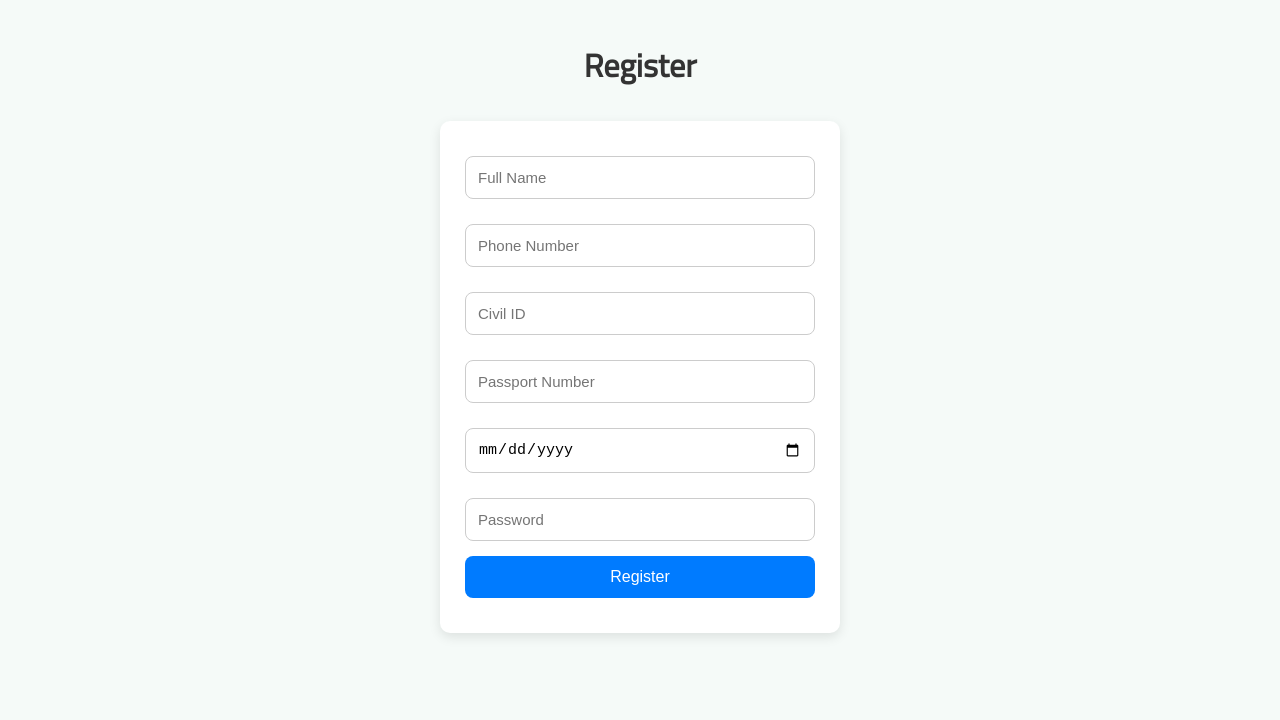
Repository: andy0800/una-website
Page: frontend/en/register.html
These files come from the project's save history. The page is drawn as it stood at one moment and after the next save; the edit follows.
The browser window is 1280 px wide. The pictures show the whole page.

Above is the page before, as saved 2025-08-04 17:37:48.

After the next save:
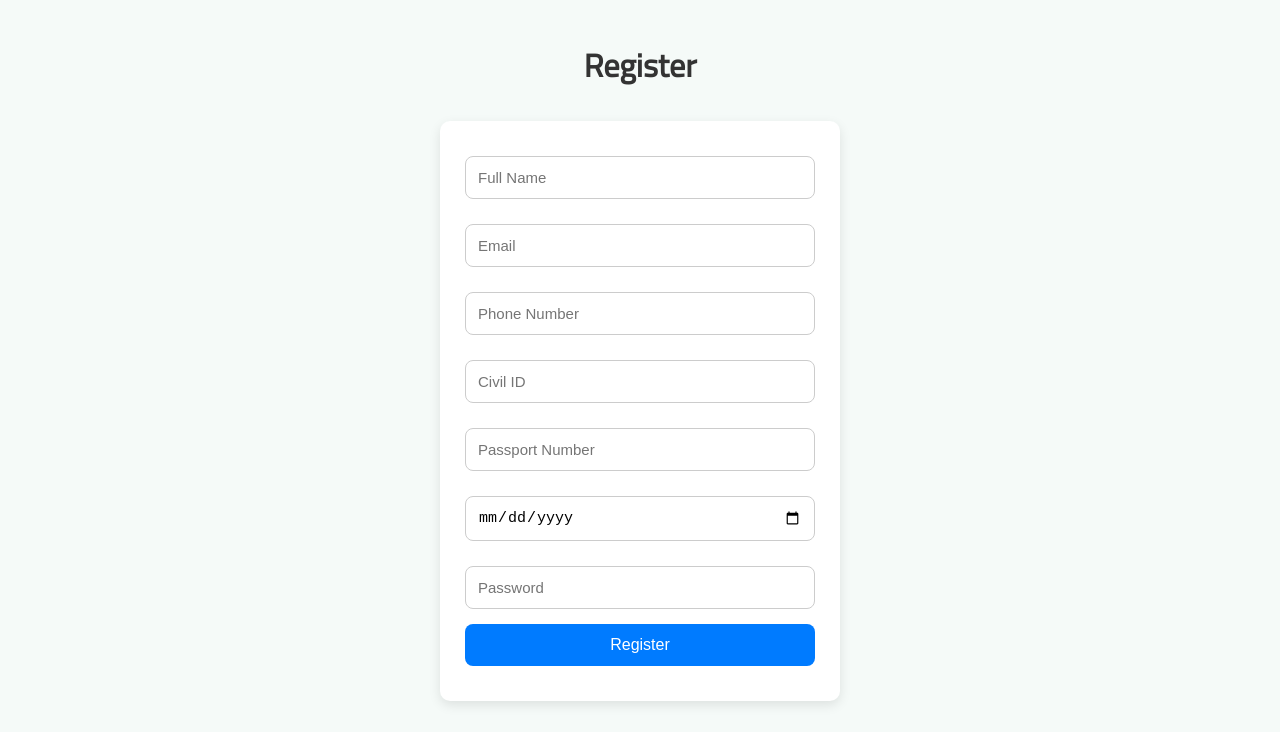
Saved 2 min 35 s later.
--- a/frontend/en/register.html
+++ b/frontend/en/register.html
@@ -25,6 +25,7 @@
   <h1>Register</h1>
   <form id="registerForm">
     <input type="text" name="name" placeholder="Full Name" required />
+    <input type="text" name="email" placeholder="Email" required />
     <input type="text" name="phone" placeholder="Phone Number" required />
     <input type="text" name="civilId" placeholder="Civil ID" />
     <input type="text" name="passportNumber" placeholder="Passport Number" />
